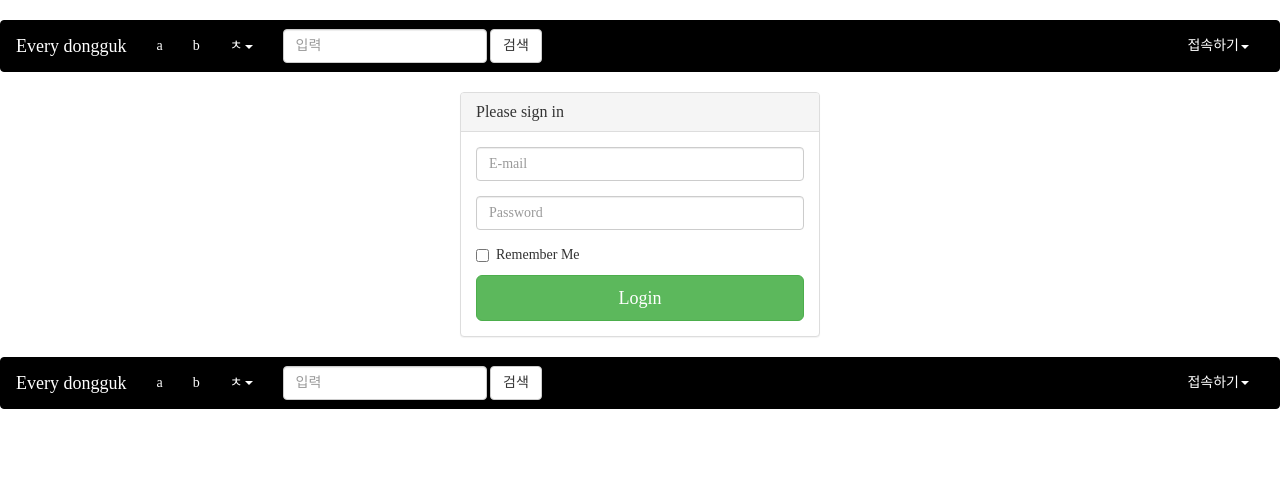
Repository: CSID-DGU/2020-1-ESCD-DOUBLE
Page: http://localhost/web/WEB-INF/views/register/loginForm.jsp
An editor plug-in stored every save of this project. The page is shown before and after the next save, followed by the edit.
The browser window is 1280 px wide. The pictures show the whole page.
Some web fonts or font styles are not loaded; a fallback is used. Some web libraries are served in a nearby version. The page is served by Tomcat 9. Nobody is signed in. The template is opened directly, without the code that normally fills it, so the values that code supplies are empty.

Above is the page before, as saved 2020-04-29 07:57:08.

After the next save:
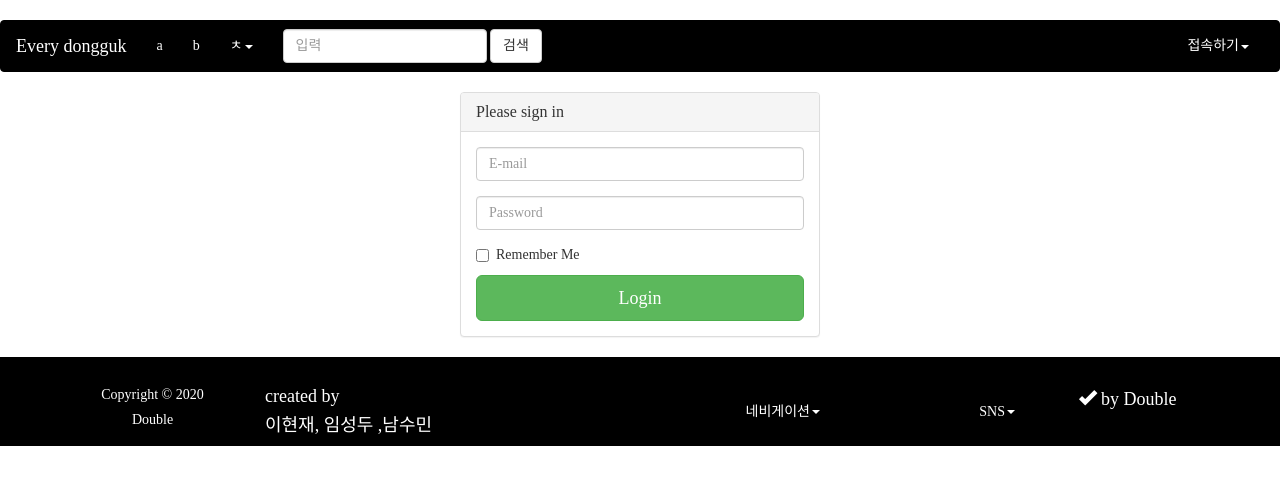
Saved 5 s later.
--- a/web/src/main/webapp/WEB-INF/views/register/loginForm.jsp
+++ b/web/src/main/webapp/WEB-INF/views/register/loginForm.jsp
@@ -52,7 +52,7 @@ body{padding-top:20px;}
 
 
 
-<%@include file="../template/header.jsp"%>
+<%@include file="../template/footer.jsp"%>
 
 </body>
 </html>
